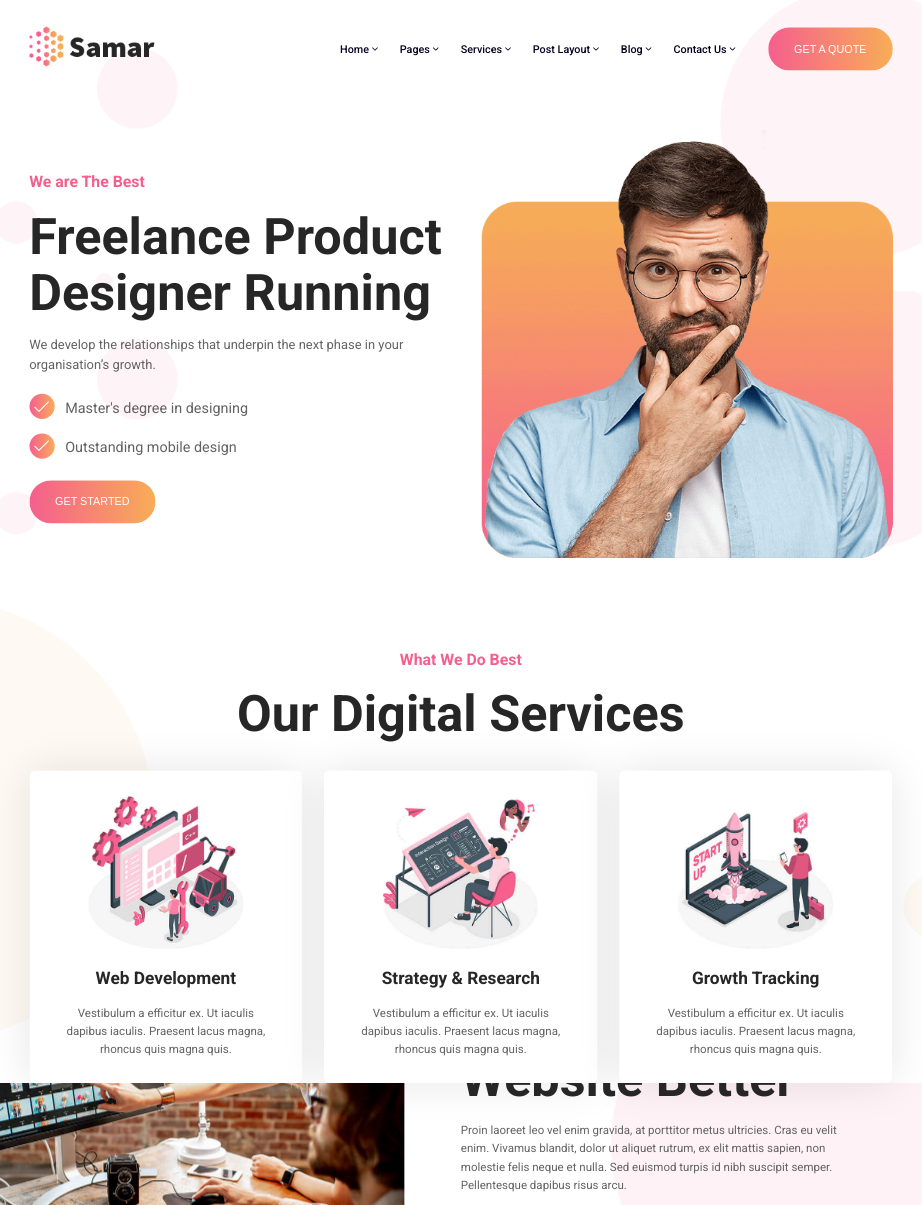
Repository: ducdatit2002/samar
Page: index.html
An editor plug-in stored every save of this project. The page is shown before and after a run of saves, followed by the edit.
The browser window is 1280 px wide. The pictures show the whole page, at 72% of full size.

Above is the page before, as saved 2023-07-27 09:21:55.

After the next 2 saves:
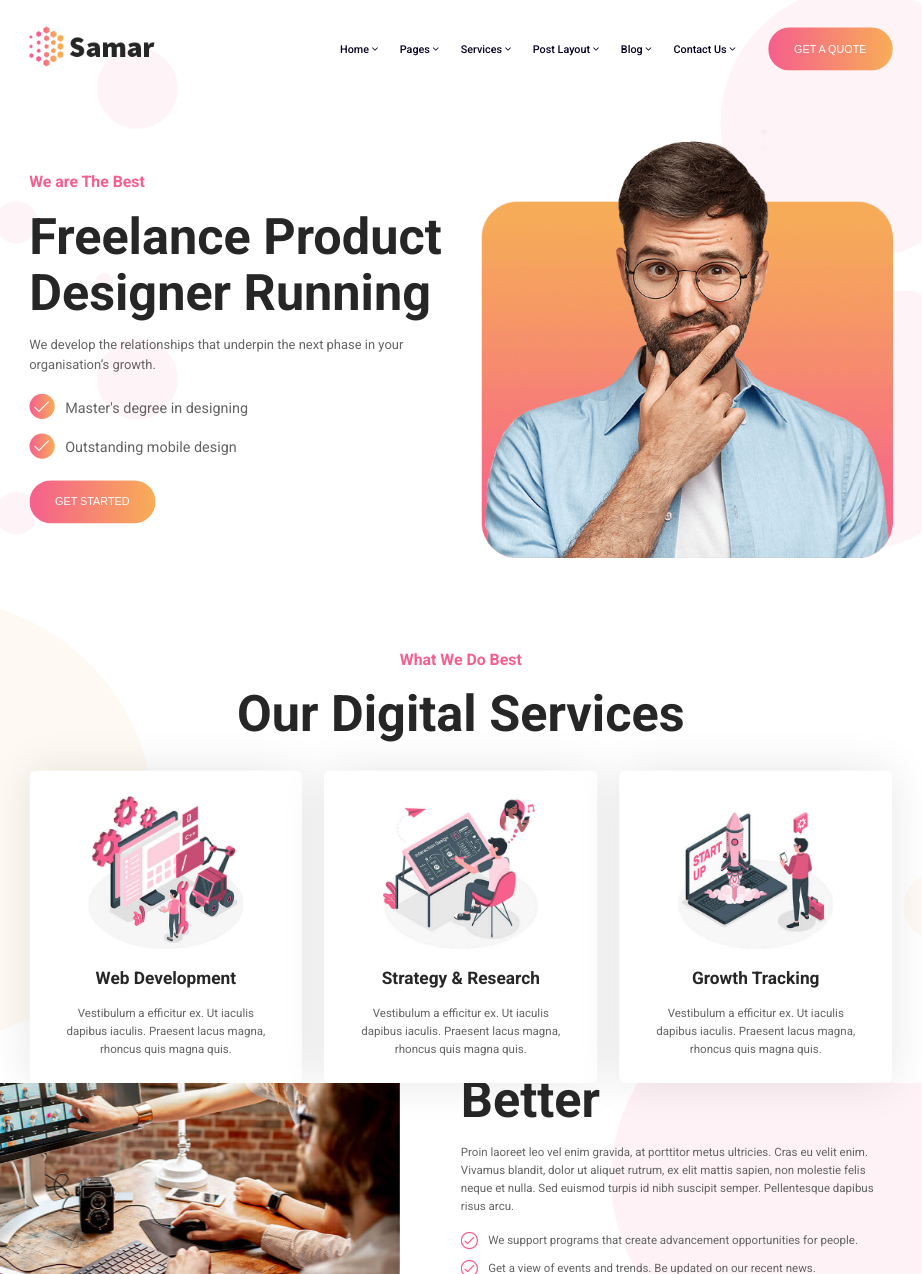
The 2 saves are shown as one change because they came seconds apart.
The last was saved 42 s later.
--- a/index.css
+++ b/index.css
@@ -191,7 +191,7 @@ header {
     background-size: 100%;
     background-position: center right;
     background-repeat: no-repeat;
-    padding: 85px;
+    padding-bottom: 150px;
     overflow: hidden;
 }
 .aboutUs__content {
